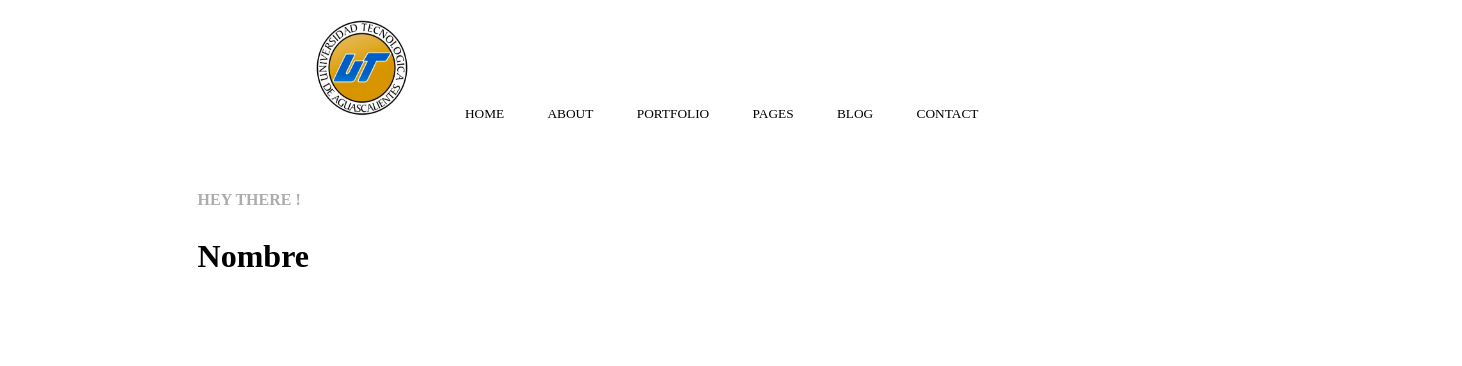
Repository: Armandoyerek11/proyectou1
Page: index.html
An editor plug-in stored every save of this project. The page is shown before and after the next save, followed by the edit.
The browser window is 1280 px wide. The page is 1462 px wide, so the pictures cover 1462 px, including what lies to the right of the window. The pictures show the whole page.

Above is the page before, as saved 2022-05-30 13:52:36.

After the next save:
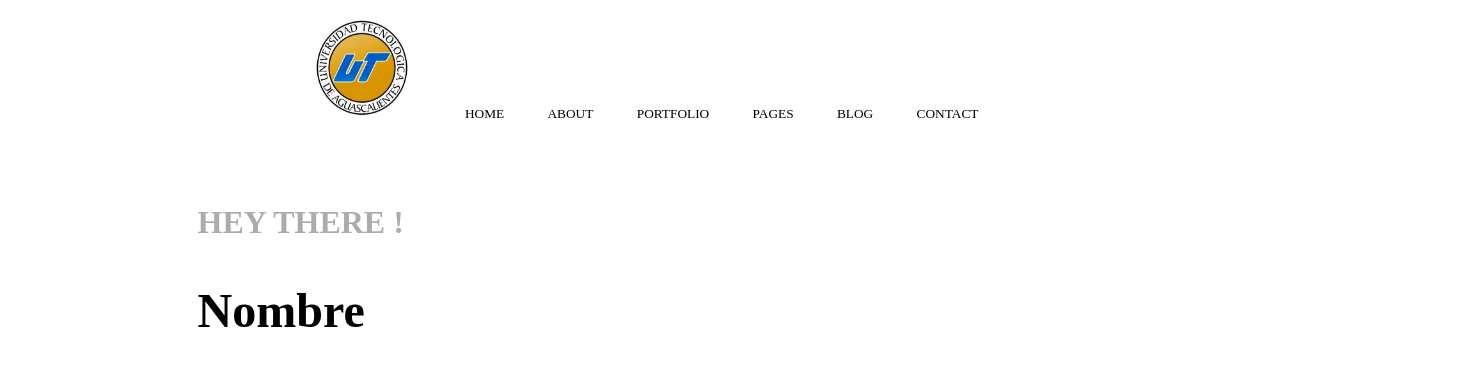
Saved 5 min 45 s later.
--- a/style.css
+++ b/style.css
@@ -21,7 +21,7 @@
 
 h1 {
     color: #adacac;
-    font-size: 1em;
+    font-size: 2em;
     top: 50%;
     left: 80%;
     transform: translatex(15%) translatey(15%);
@@ -29,7 +29,7 @@
 
 h2 {
     color: black;
-    font-size: 2em;
+    font-size: 3em;
     top: 50%;
     right: 10ch;
     transform: translatex(15%) translatey(15%);
